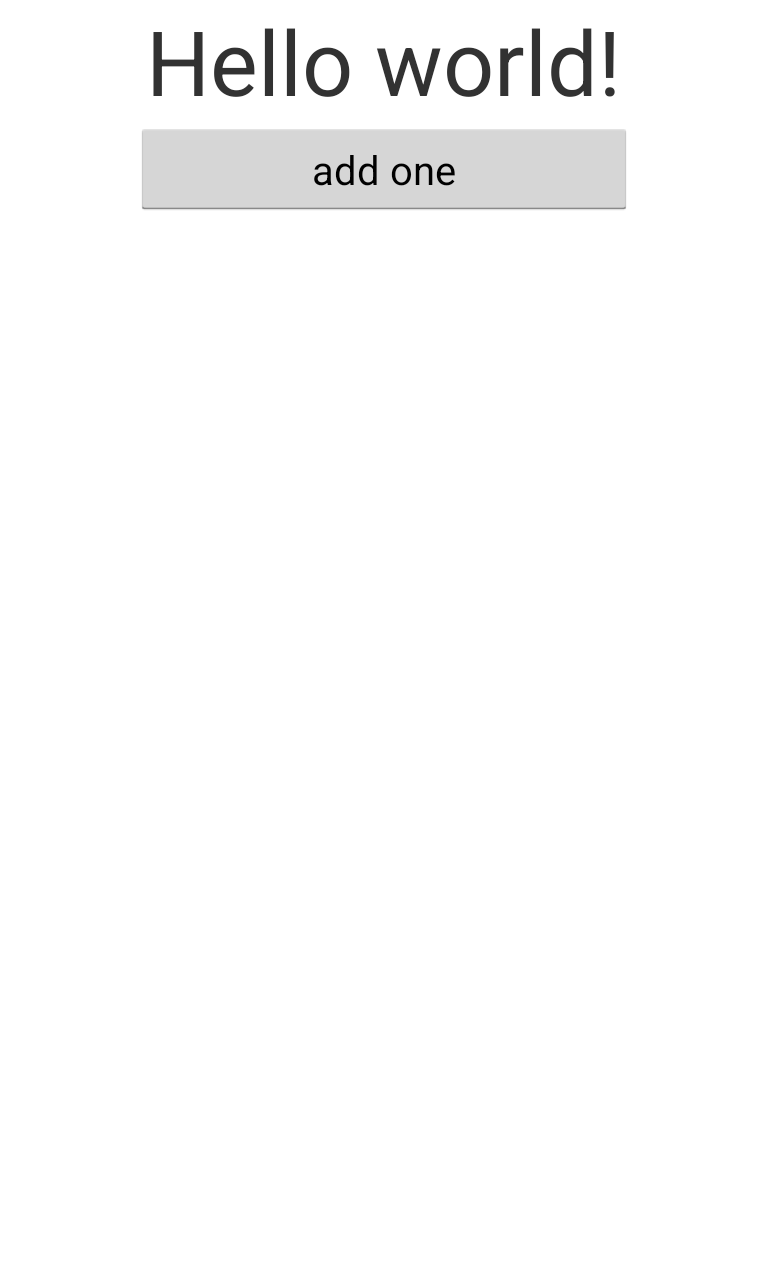
Repository: Maxxxushi/YoutubeTutorial
Layout: YoutubeTutorial/res/layout/activity_starting_point.xml
An editor plug-in stored every save of this project. The layout is shown before and after the next save, followed by the edit.
It is drawn on a 768 x 1280 px phone screen (xhdpi) without system bars, with theme AppTheme; the app's code is not run.

Above is the layout before, as saved 2013-01-15 18:05:57.

After the next save:
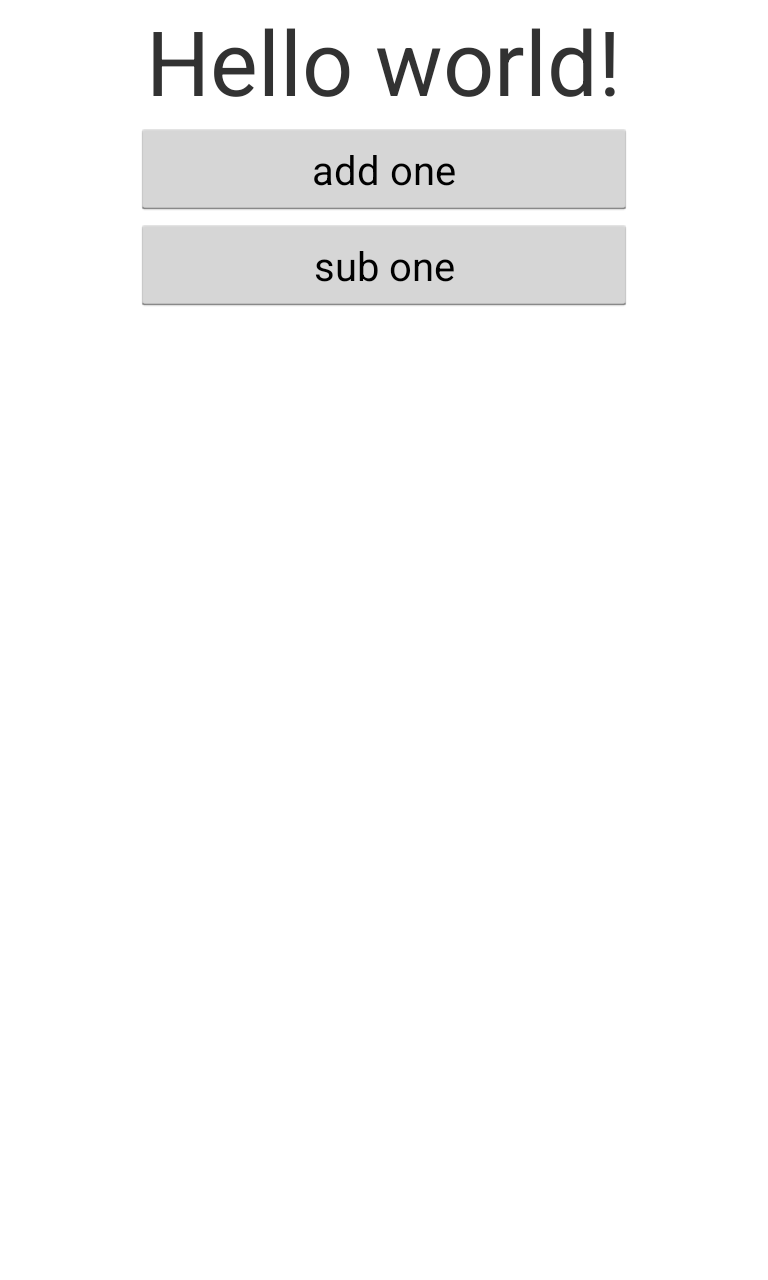
Saved 3 min 8 s later.
--- a/YoutubeTutorial/res/layout/activity_starting_point.xml
+++ b/YoutubeTutorial/res/layout/activity_starting_point.xml
@@ -11,15 +11,24 @@
         android:layout_gravity="center"
         android:gravity="center"
         android:text="@string/hello_world"
-        android:textSize="45sp" />
+        android:textSize="45sp"
+        android:id="@+id/tvDisplay"/>
 
     <Button
         android:layout_width="250dp"
         android:layout_height="wrap_content"
         android:text="add one"
         android:layout_gravity="center"
-        android:textSize="20dp"
-
+        android:textSize="20sp"
+        android:id="@+id/bAdd"
+        />
+    <Button
+        android:layout_width="250dp"
+        android:layout_height="wrap_content"
+        android:text="sub one"
+        android:layout_gravity="center"
+        android:textSize="20sp"
+        android:id="@+id/bSub"
         />
 
 
